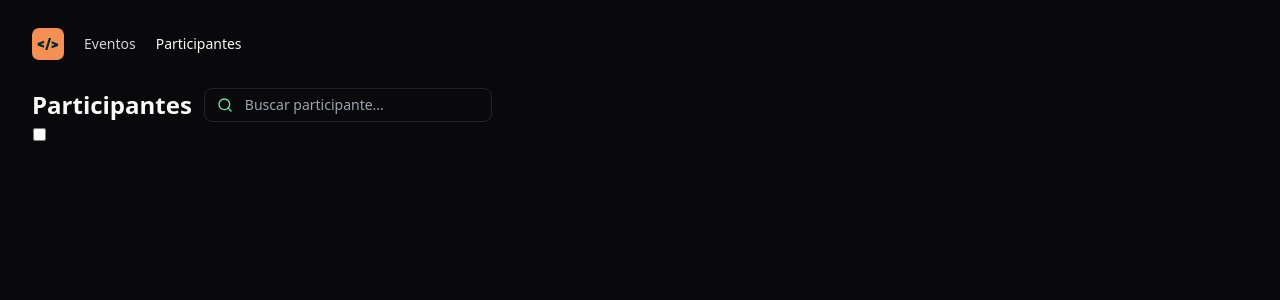
Repository: guilhermecardoso93/nlw-unite-react-2024
Page: /
These files come from the project's save history. The page is drawn as it stood at one moment and after the next save; the edit follows.
The browser window is 1280 px wide. The pictures show the whole page.
The project was rebuilt for these pictures with package versions that can differ from the ones it lists, and the page was loaded fresh each time. Also part of the build but not shown: vite.config.ts.

Above is the page before, as saved 2024-04-01 21:26:25.

### src/App.tsx
import { Header } from "./components/header";
import { AttendeeList } from "./components/attendee-list";

export function App() {

  return (
    <div className="max-w-[1216px] mx-auto py-5 flex flex-col gap-5">
      <Header />
      <AttendeeList />
    </div>
  )
}

### src/components/header.tsx
import Logo from "../assets/nlw-unite-icon.svg";

export function Header() {
  return (
    <div className="flex items-center gap-5 py-2">
      <img src={Logo} alt="logo" />

      <nav className="flex items-center gap-5">
        <a href="" className="font-medium text-sm text-zinc-300">Eventos</a>
        <a href="" className="font-medium text-sm">Participantes</a>
      </nav>
    </div>
  );
}

### src/components/attendee-list.tsx
import { Search } from "lucide-react";

export function AttendeeList() {
  return (
    <div>
      <div className="flex gap-3 items-center">
        <h1 className="text-2xl font-bold">Participantes</h1>
        <div className="px-3 py-1.5 border border-white/10 rounded-lg text-sm w-72 flex items-center gap-3">
          <Search className="size-4 text-emerald-300" />
          <input
            placeholder="Buscar participante..."
            className="bg-transparent flex-1 outline-none"
          />
        </div>
      </div>

      <table>
        <thead>
          <tr>
            <th>
              <input type="checkbox" />
            </th>
          </tr>
        </thead>
      </table>
    </div>
  );
}

### tailwind.config.js
/** @type {import('tailwindcss').Config} */
export default {
  content: [
    "./index.html",
    "./src/**/*.{js,ts,jsx,tsx}"
  ],
  theme: {
    extend: {},
  },
  plugins: [
    //require('@tailwindcss/forms')
  ],
}

Loaded but not shown: index.html (common file); src/main.tsx (common file); src/index.css (common file)

After the next save:
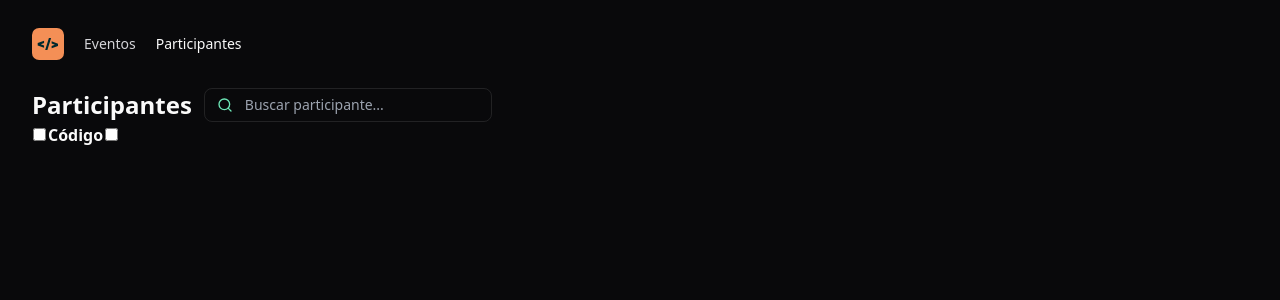
Saved 34 s later.
--- a/src/components/attendee-list.tsx
+++ b/src/components/attendee-list.tsx
@@ -20,6 +20,12 @@ export function AttendeeList() {
             <th>
               <input type="checkbox" />
             </th>
+            <th>
+              Código
+            </th>
+            <th>
+              <input type="checkbox" />
+            </th>
           </tr>
         </thead>
       </table>
